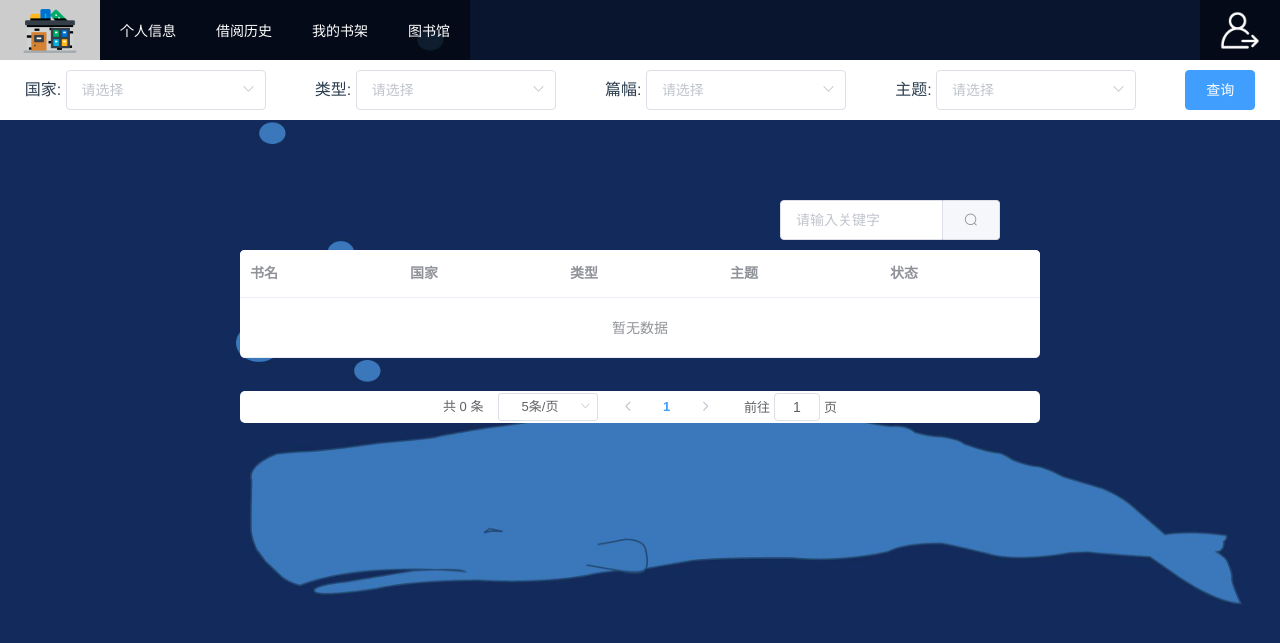
Repository: Akron-xz/helloVue
Page: /#/library (app in vue-library/)
The author's editor kept a copy of each file at every save. The page is drawn from the files as they stood at one save, then again after the next save.
The browser window is 1280 px wide. The pictures show the whole page.
The project was rebuilt for these pictures with package versions that can differ from the ones it lists, and the page was loaded fresh each time. Also part of the build but not shown: vue-library/src/components/homeNav.vue, vue-library/src/views/Home.vue.

Above is the page before, as saved 2020-11-25 20:36:23.

### vue-library/src/main.js
import Vue from 'vue'
import App from './App.vue'
import ElementUI from 'element-ui';
import 'element-ui/lib/theme-chalk/index.css';
import axios from "axios"
import router from './router'
import Router from 'vue-router'

const routerPush = Router.prototype.push
Router.prototype.push = function push(location) {
    return routerPush.call(this, location).catch(error => error)
}

Vue.config.productionTip = false
Vue.use(ElementUI);
Vue.prototype.$axios = axios;


new Vue({
    router,
    render: h => h(App)
}).$mount('#app')

### vue-library/src/router/index.js
import Vue from 'vue'
import VueRouter from 'vue-router'
import Home from '../views/Home.vue'


Vue.use(VueRouter)

const routes = [{
        path: '/',
        name: 'Home',
        component: Home
    },
    {
        path: '/about',
        name: 'About',
        // route level code-splitting
        // this generates a separate chunk (about.[hash].js) for this route
        // which is lazy-loaded when the route is visited.
        component: () =>
            import ( /* webpackChunkName: "about" */ '../views/About.vue')
    },
    {
        path: '/admin',
        name: 'Admin',
        // route level code-splitting
        // this generates a separate chunk (about.[hash].js) for this route
        // which is lazy-loaded when the route is visited.
        component: () =>
            import ( /* webpackChunkName: "about" */ '../views/Administrator.vue')
    },
    {
        path: "/userLogin",
        name: "UserLogin",
        component: () =>
            import ('../views/UserLogin.vue')
    },
    {
        path: "/user",
        name: "User",
        component: () =>
            import ( /* webpackChunkName: "about" */ '../views/User.vue')
    },
    {
        path: "/signup",
        name: "SignUp",
        component: () =>
            import ('../views/SignUp.vue')
    },
    {
        path: "/adminmain",
        name: "AdminMain",
        component: () =>
            import ('../views/AdminMain.vue')
    },
    {

        path: "/MyInformation",
        name: "MyInformation",
        component: () =>
            import ('../views/MyInformation.vue')
    },
    {
        path: "/library",
        name: "Library",
        component: () =>
            import ( /* webpackChunkName: "about" */ '../views/Library.vue')

    },
    {
        path: "/modifymsg",
        name: "ModifyMsg",
        component: () =>
            import ('../views/ModifyMsg.vue')
    },
    {
        path: "/borrowhistory",
        name: "BorrowHistory",
        component: () =>
            import ('../views/BorrowHistory.vue')
    },
    {
        path: "/newissue",
        name: "NewIssue",
        component: () =>
            import ('../views/NewIssue.vue')
    },
    {
        path: "/booksearch",
        name: "BookSearch",
        component: () =>
            import ('../views/BookSearch.vue')
    },
    {
        path: "/MyBookshelves",
        name: "MyBookshelves",
        component: () =>
            import ('../views/MyBookshelves.vue')
    },
    {
        path: "/modifyAnnounce",
        name: "ModifyAnnounce",
        component: () =>
            import ('../views/ModifyAnnounce.vue')
    },
    {
        path: "/statistics",
        name: "Statistics",
        component: () =>
            import ('../views/Statistics.vue')
    },


]

const router = new VueRouter({
    routes
})

export default router

### vue-library/src/views/Library.vue
<template >
  <div class="library-container">
    <userNavigation></userNavigation>
    <div class="select" v-show="tableDisplay">
      <label for=""
        >国家:
        <el-select v-model="couId" clearable placeholder="请选择">
          <el-option
            v-for="item in country"
            :key="item.countryId"
            :label="item.countryName"
            :value="item.countryId"
          >
          </el-option>
        </el-select>
      </label>

      <label for=""
        >类型:
        <el-select v-model="tyId" clearable placeholder="请选择">
          <el-option
            v-for="item in type"
            :key="item.typeId"
            :label="item.typeName"
            :value="item.typeId"
          >
          </el-option>
        </el-select>
      </label>

      <label for=""
        >篇幅:
        <el-select clearable placeholder="请选择" v-model="pagenumber">
          <el-option
            v-for="item in pages"
            :key="item.pageId"
            :label="item.pageName"
            :value="item.pageId"
          >
          </el-option>
        </el-select>
      </label>

      <label for=""
        >主题:
        <el-select v-model="thId" clearable placeholder="请选择">
          <el-option
            v-for="item in theme"
            :key="item.themeId"
            :label="item.themeName"
            :value="item.themeId"
          >
          </el-option>
        </el-select>
      </label>
      <el-button type="primary" class="query" @click="selectByLabel"
        >查询</el-button
      >
    </div>

    <div>
      <div class="keyWordQuery"  v-show="tableDisplay">
        <el-input
          placeholder="请输入关键字"
          style="width: 220px"
          class="input-with-select"
          v-model="key"
          @keyup.enter.native="selectByKey"
        >
          <el-button
            slot="append"
            icon="el-icon-search"
            @click="selectByKey"
          ></el-button>
        </el-input>
      </div>
    </div>

    <!-- 搜索后显示 -->
    <div class="table-box" v-show="tableDisplay">
      <el-table
        :data="
          lists.slice(
            (page.currentPage - 1) * page.pageSize,
            page.currentPage * page.pageSize
          )
        "
        max-height="450"
      >
        <el-table-column label="书名" property="bookName"></el-table-column>
        <el-table-column
          label="国家"
          property="country.countryName"
        ></el-table-column>
        <el-table-column
          label="类型"
          property="type.typeName"
        ></el-table-column>
        <el-table-column
          label="主题"
          property="theme.themeName"
        ></el-table-column>
        <el-table-column label="状态">
          <template slot-scope="scope">
            <el-button type="" @click="borrowStatus(scope.row)">详情</el-button>
          </template>
        </el-table-column>
      </el-table>
      <br />
      <!-- 分页器 -->
      <div class="block" style="margin-top: 15px">
        <el-pagination
          align="center"
          @size-change="handleSizeChange"
          @current-change="handleCurrentChange"
          :current-page="page.currentPage"
          :page-sizes="[1, 5, 10, 20]"
          :page-size="page.pageSize"
          layout="total, sizes, prev, pager, next, jumper"
          :total="lists.length"
           style="cursor:pointer;"
            title="回车确认"
        >
        </el-pagination>
      </div>
    </div>

    <!-- 进入借阅界面 -->
    <div class="borrow-box" v-show="!tableDisplay">
      <h1>书名：{{ bookname }}</h1>
      <div v-text="'简介：' + brief" class="brief"></div>
      <div class="borrow-button">
        <el-button v-if="isBorrow()" type="primary" @click="borrow" disabled>
          已借
        </el-button>
        <el-button v-else-if="this.surplusNumber >= 1" type="primary" @click="borrow">
          借阅
        </el-button>
        <el-button v-else type="primary" @click="borrow" disabled style="background-color: lack">
          无货
        </el-button>
        <el-button type="info" @click="goBack">返回</el-button>
      </div>
    </div>
  </div>
</template>
<script>
import axios from "axios";
import userNavigation from '@/components/userNav.vue';
export default {
  components:{
        userNavigation
    },
  data() {
    return {
      couId: "",
      tyId: "",
      thId: "",
      pagenumber: "",
      key: "",
      brief: "霍金写的书",
      bookname: "时间简史",
      tableDisplay: true,
      bookId:"",

      // 剩余数量
      surplusNumber:"",

      userData:[{
        userId:"",
        name: "",
          sex: "",
          age: "",
          email: "",
          birthday: "",
          phone: "",
          address: "",
          introduction: "",
          password: "",
      }],

      // 接收数据
      lists: [],
      // 分页
      page: {
        currentPage: 1, // 当前页码
        total: 20, // 总条数
        pageSize: 5, // 每页的数据条数
      },
      // 输入框内容
      inputContent: "",

      tableData: [
        {
          bookName: "1",
          country: {
            countryId: 0,
            countryName: "",
          },

          type: "3",
          theme: "4",
          brief: "5",
        },
      ],
      value: "",
      country: [
        {
          countryId: 0,
          countryName: "",
        },
      ],

      // 类型
      type: [
        {
          typeId: 0,
          typeName: "",
        },
      ],

      // 借阅历史
      borrowList:[],
      // 借阅状态：1.已借 2.有货 3.缺货
      num: 2,
      // 归还状态
      return: [],

      pages: [
        {
          pageId: 1,
          pageName: "短篇",
        },
        {
          pageId: 2,
          pageName: "中篇",
        },
        {
          pageId: 3,
          pageName: "长篇",
        },
        {
          pageId: 4,
          pageName: "超长篇",
        },
      ],
      theme: [
        {
          themeId: 0,
          themeName: "",
        },
      ],
    };
  },
  methods: {
    // 进入详细页面
    borrowStatus(row) {
      this.tableDisplay = !this.tableDisplay;
      this.brief = [row][0].brief;
      this.bookname = [row][0].bookName;
      this.bookId = [row][0].bookId;
      this.surplusNumber = [row][0].surplusNumber;
    },

    // 点击借阅按钮
    borrow() {
      console.log(this.bookId)
      console.log(this.userData[0].userId)
      axios({
        method:"get",
        url:"http://localhost:8081/user/borrow/",
        params:{
          userId:this.userData[0].userId,
          bookId:this.bookId,

        }
      }).then(res=>{
        alert(res.data);
        this.$router.go(0);
      })
     console.log(this.bookId)
      this.tableDisplay = !this.tableDisplay;
    },
     goBack() {
      this.tableDisplay = !this.tableDisplay;
    },
    // 每页多少条数据
    handleSizeChange(val) {
      console.log(`每页 ${val} 条`);
      this.page.currentPage = 1;
      this.page.pageSize = val;
    },
    // 当前页码
    handleCurrentChange(val) {
      console.log(`当前页: ${val}`);
      this.page.currentPage = val;
    },

    // 计算是否处于借阅状态
    isBorrow(){
      for (let i = 0; i < this.return.length; i++) {
        if (this.bookId == this.return[i].bookId) {
          return true;
        }
      }
      return false;
    },

    // 书籍模糊搜索
    searchContent() {
      if (this.inputContent == "") {
        alert("请输入需要查询的信息。");
        return 0;
      }
      axios
        .post(
          // 接口路径是什么？(fixed)
          "http://localhost:8081/book/list/" + this.inputContent
        )
        .then((res) => {
          console.log("搜索成功");
          let list = res.data;
          console.log(list);
        })
        .catch((err) => console.log("error...", err));
      //清空输入框
      this.inputContent = "";
    },

    // 关键字搜索
    selectByLabel() {
      axios
        .post(
          "http://localhost:8081/book/list/label",
          {
            countryId: this.couId,
            typeId: this.tyId,
            themeId: this.thId,
            lengthRange: this.pagenumber,
          },
          { emulateJSON: true }
        )
        .then((res) => {
          this.lists = res.data;
        })
        .catch((err) => console.log("error...", err));
    },

    selectByKey() {
      axios
        .get("http://localhost:8081/book/list/key", {
          params: {
            key: this.key,
          },
        })
        .then((res) => {
          this.lists = res.data;
          this.key = "";
        })
        .catch((err) => console.log("error...", err));
    },
  },

  created() {
    // 获取user的session
    let user = JSON.parse(sessionStorage.getItem("userSession"));
    console.log(user);
    this.userData[0].userId = user.userId;
    console.log(this.userData);
    axios
      .get("http://localhost:8081/book/list", {
        params: {
          pageNum: 1,
          pageSize: 5,
        },
      })
      .then((res) => {
        // console.log(pageInfo);
        // 使用全局lists变量来接收响应的json数据
        // 使用全局lists接受响应的json数据
        this.lists = res.data;
      })
      .catch((err) => console.log("error...", err));
    axios.get("http://localhost:8081/country/list").then((res) => {
      this.country = res.data;
    });
    axios.get("http://localhost:8081/type/list").then((res) => {
      this.type = res.data;
    });
    axios.get("http://localhost:8081/theme/list").then((res) => {
      this.theme = res.data;
    });
    axios({
            method:"get",
            url:"http://localhost:8081/user/bookshelves",
            params:{
              userId:this.userData[0].userId
            }
        }).then(res=>{
            console.log("this.return");
            // for (let i = 0; i < res.data.length; i++) {
            //   this.return[i].bookId = res.data[i].bookId;
            //   console.log(this.return[i].bookId);
            // }
            this.return = res.data;
            console.log(this.return);
        })
  },

  // 计算v-if的判断值
  // computed: {
  //   isBorrow: function(){
  //     return function(){
  //       for (let i = 0; i < this.return.length; i++) {
  //         if (this.bookId == this.return[i].bookId) {
  //           return true;
  //         }
  //       }
  //       return false;
  //     }
  //   }
  // },
};
</script>

<style  scoped>
.library-container {
  position: fixed;
  left: 0;
  top: 0;
  width: 100%;
  height: 100%;
  background-repeat: no-repeat;
  background-size: 100%;
  background-image: url(/img/divBg/bg34.jpg);
  background-size: 100% 100%;
  text-align: center;
}

.select {
  display: flex;
  flex-direction: row;
  justify-content: space-around;
  position: absolute;
  top: 60px;
  width: 100%;
  height: 60px;
  background: white;
  align-items: center;
}
.el-select {
  width: 200px;
}

.keyWordQuery {
  position: fixed;
  top: 200px;
  right: 300px;
  width: 200px;
}

.table-box {
  position: fixed;
  top: 250px;
  left: 50%;
  margin-left: -400px;
  width: 800px;
}

.borrow-box {
  position: fixed;
  top: 100px;
  left: 50%;
  margin-left: -230px;
  width: 500px;
  height: 400px;
  background-color: white;
}

.brief {

  width: 400px;
  height: 200px;
  margin-left: 50px;
  text-align: left;
}

.borrow-button {
  float: bottom;
  height: 150px;
  width: 200px;
  margin-top: 140px;
  margin-left: 160px;
}

.block{
  background: white;
  border-radius: 5px;
}

.el-table{
  border-radius: 5px;
}
</style>

### vue-library/src/components/userNav.vue
<template>

    <div class="navigation-bar">
        <el-menu
            class="el-menu-demo"
            mode="horizontal"
            @select="handleSelect"
            background-color="#00000080"
            text-color="#ffffff"
            text-font="15px">


            <el-menu-item index="1" @click="toUser">
                <img src="/img/libraryIcon.png" alt="" target="_self" class="libraryIcon">
            </el-menu-item>

            <el-menu-item index="2" @click="toModifyMsg">
                <a  target="_self"  >个人信息</a>
            </el-menu-item>

            <el-menu-item index="3" @click="toBorrowHistory">
                <a  target="_self">借阅历史</a>
            </el-menu-item>

            <el-menu-item index="4" @click="toMyBookshelves">
                <a  target="_self">我的书架</a>
            </el-menu-item>

            <el-menu-item index="5" @click="toLibrary">
                <a  target="_self">图书馆</a>
            </el-menu-item>

            <el-menu-item index="6" class="exitIcon">
                <img src="/img/logoutIconWhite.png" alt="" target="_self" class="logoutIcon" @click="signOut">
            </el-menu-item>

            <!-- <el-menu-item index="6" @click="toMain">
                <a  target="_self">返回主页</a>
            </el-menu-item> -->
        </el-menu>

    </div>
</template>

<script>
export default {
    name:"Nav",
    data() {
      return {
        activeIndex: '1'
      }
    },
    methods: {
    handleSelect(key, keyPath) {
      console.log(key, keyPath);
    },
    toUser(){
      this.$router.push({path:'/user'});
    },

    toModifyMsg(){
      this.$router.push({path:'/ModifyMsg'});
    },
    toBorrowHistory(){
      this.$router.push({path:'/BorrowHistory'});
    },
    toMyBookshelves(){
      this.$router.push({path:'/MyBookshelves'});
    },
    toLibrary(){
      this.$router.push({path:'/Library'});
    },
    signOut(){
      sessionStorage.clear();
      this.$router.push({path:'/'});
    }


  },

}
</script>>

<style scoped>
.libraryIcon{
  height: 60px;
  width: 60px;
}

.exitIcon{
  float: right;
}

.logoutIcon{
  height: 40px;
  width: 40px;
}

</style>>

Loaded but not shown: vue-library/public/index.html (common file); vue-library/src/App.vue (common file)

After the next save:
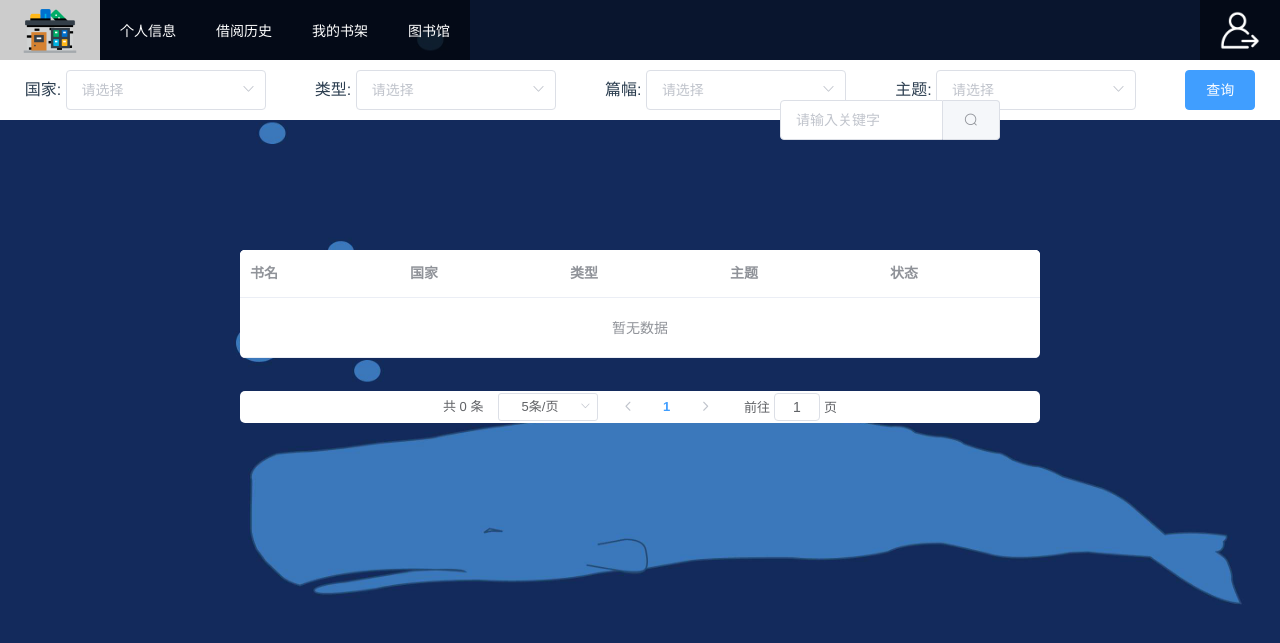
Saved 49 s later.
--- a/vue-library/src/views/Library.vue
+++ b/vue-library/src/views/Library.vue
@@ -454,7 +454,7 @@ export default {
 
 .keyWordQuery {
   position: fixed;
-  top: 200px;
+  top: 100px;
   right: 300px;
   width: 200px;
 }
